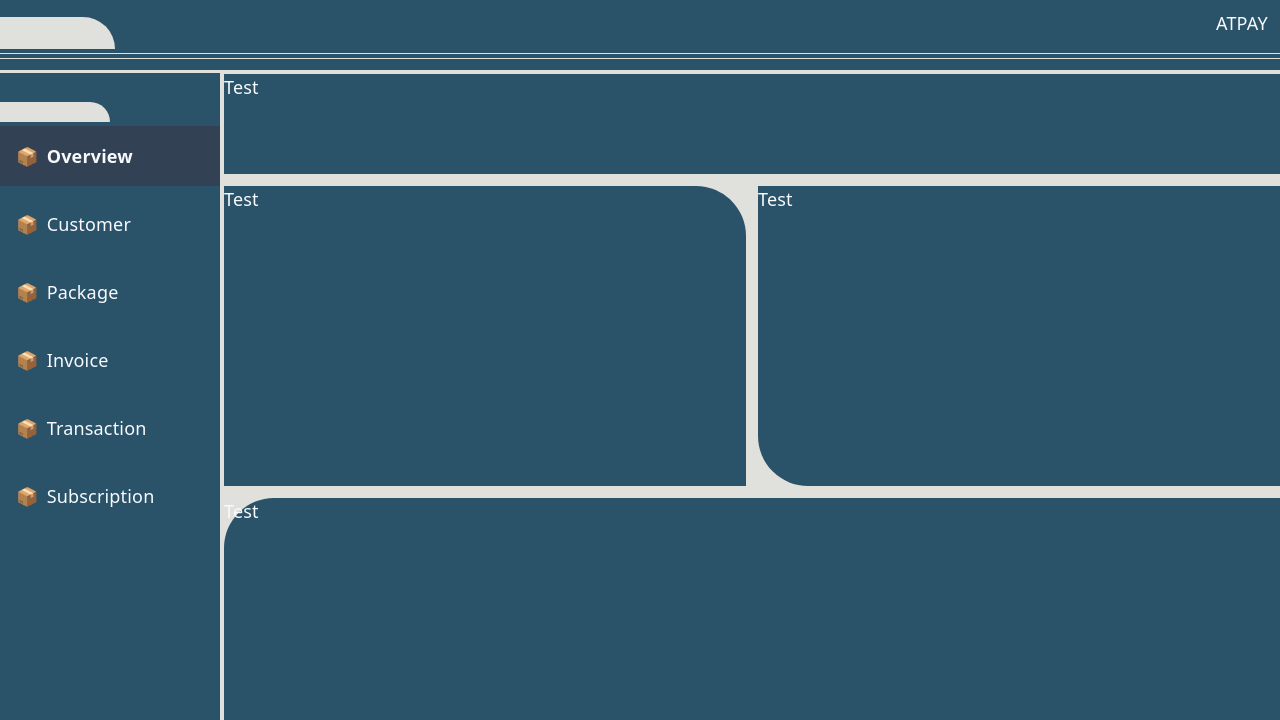
Repository: Farazdaq/stripe-payment-integration
Page: /dashboard (app in stripe-integration-react-dashboard/)
An editor plug-in stored every save of this project. The page is shown before and after the next save, followed by the edit.
The browser window is 1280 px wide. The pictures show the whole page.
An inner scrolling area shows only its first screen. The project was rebuilt for these pictures with package versions that can differ from the ones it lists, and the page was loaded fresh each time. Also part of the build but not shown: stripe-integration-react-dashboard/vite.config.ts, stripe-integration-react-dashboard/src/App.css, stripe-integration-react-dashboard/src/features/dashboard/pages/Customer.tsx, stripe-integration-react-dashboard/src/features/dashboard/pages/Package.tsx, stripe-integration-react-dashboard/src/features/dashboard/pages/Invoice.tsx, stripe-integration-react-dashboard/src/features/dashboard/pages/Transaction.tsx, stripe-integration-react-dashboard/src/features/dashboard/pages/Subscription.tsx.

Above is the page before, as saved 2026-05-12 16:51:30.

After the next save:
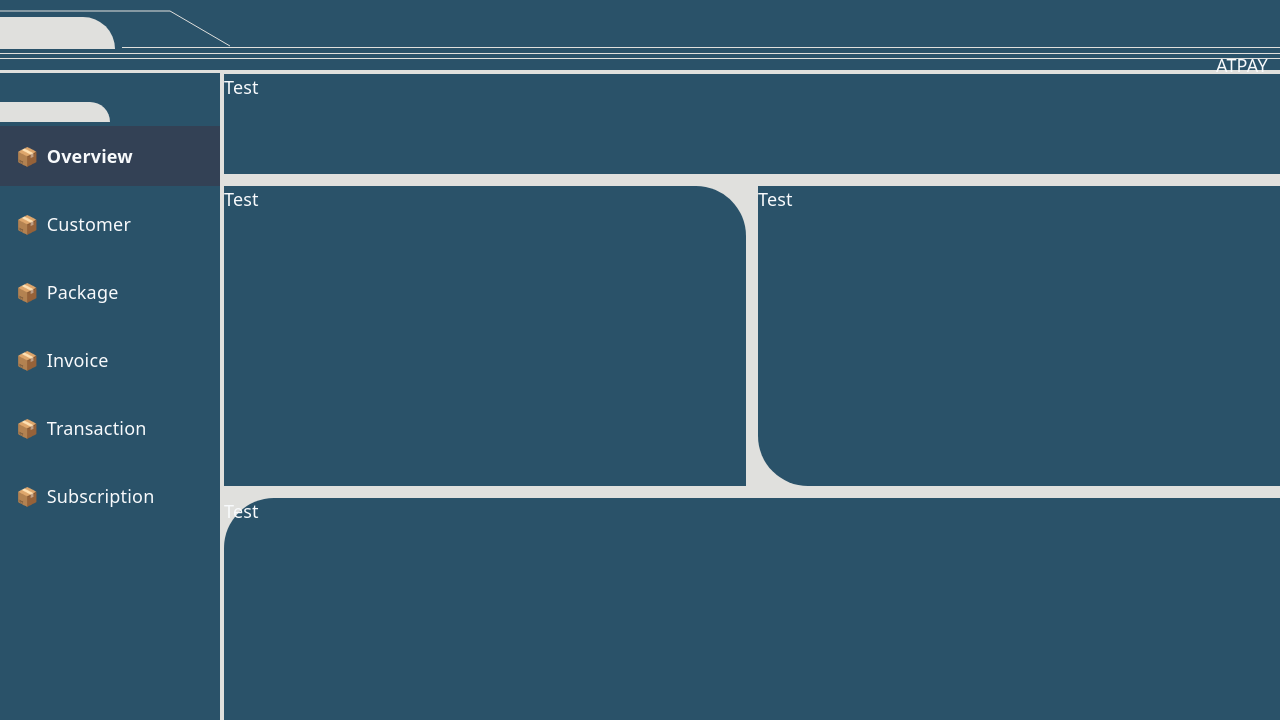
Saved 10 s later.
--- a/stripe-integration-react-dashboard/src/features/dashboard/layout/Navbar.tsx
+++ b/stripe-integration-react-dashboard/src/features/dashboard/layout/Navbar.tsx
@@ -19,12 +19,6 @@ export default function Navbar() {
         {/* FIX: Wrap angled divider in a fixed-height container */}
 
         <div style={{ height: "3px", overflow: "visible" }}>
-          <div
-            style={{ height: "3px", overflow: "visible" }}
-            className="ml-[95%] mb-[100px]"
-          >
-            <p>ATPAY</p>
-          </div>
           <LineDivider
             color="#E0E0DD"
             thickness="1px"
@@ -37,6 +31,9 @@ export default function Navbar() {
 
           <div className="ml-[9.5%] mb-1">
             <LineDivider color="#E0E0DD" thickness="1px" />
+          </div>
+          <div className="ml-[95%] mb-[100px]">
+            <p>ATPAY</p>
           </div>
         </div>
 
